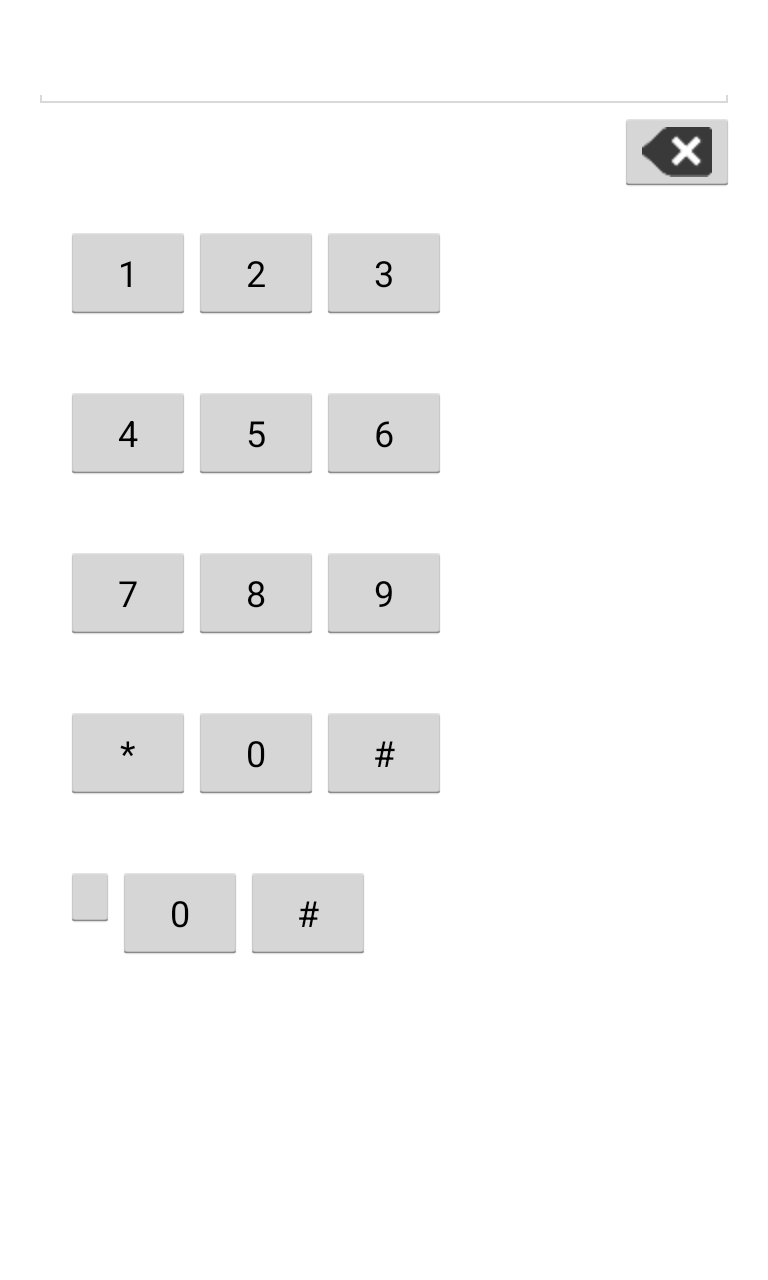
Repository: andreeastoican/Laborator03
Layout: PhoneDialer/res/layout/activity_phone_dialer.xml
These files come from the project's save history. The layout is drawn as it stood at one moment and after the next save; the edit follows.
It is drawn on a 768 x 1280 px phone screen (xhdpi) without system bars, with theme AppTheme; the app's code is not run.

Above is the layout before, as saved 2015-03-10 09:36:58.

### PhoneDialer/res/layout/activity_phone_dialer.xml
<RelativeLayout xmlns:android="http://schemas.android.com/apk/res/android"
    xmlns:tools="http://schemas.android.com/tools"
    android:layout_width="match_parent"
    android:layout_height="match_parent"
    android:paddingBottom="@dimen/activity_vertical_margin"
    android:paddingLeft="@dimen/activity_horizontal_margin"
    android:paddingRight="@dimen/activity_horizontal_margin"
    android:paddingTop="@dimen/activity_vertical_margin"
    tools:context="ro.pub.cs.systems.pdsd.lab03.phonedialer.PhoneDialerActivity" >

    <EditText
        android:id="@+id/id_edit_text"
		android:layout_width="fill_parent"
	    android:layout_height="wrap_content"
	    android:ems="10"
	    android:inputType="text"
	    android:enabled="false"
        />

    <ImageButton
        android:id="@+id/id_img_button"
        android:layout_width="wrap_content"
        android:layout_height="wrap_content"
        android:src="@drawable/backspace"
        android:layout_below="@id/id_edit_text"
        android:layout_alignParentRight="true"
    	/>

	<LinearLayout
	      android:id="@+id/layout1"
		  android:layout_below="@id/id_img_button"
		  android:layout_width="wrap_content"
		  android:layout_height="wrap_content"
		  android:paddingBottom="@dimen/activity_vertical_margin"
		  android:paddingLeft="@dimen/activity_horizontal_margin"
		  android:paddingRight="@dimen/activity_horizontal_margin"
		  android:paddingTop="@dimen/activity_vertical_margin"
		  android:orientation="horizontal">

			<Button
			    android:id="@+id/id1"
			    android:layout_width="wrap_content"
		        android:layout_height="wrap_content"
		        android:text="1"
			    />
			<Button
			    android:id="@+id/id2"
			    android:layout_width="wrap_content"
		        android:layout_height="wrap_content"
		        android:text="2"
			    />
			<Button
			    android:id="@+id/id3"
			    android:layout_width="wrap_content"
		        android:layout_height="wrap_content"
		        android:text="3"
			    />

	</LinearLayout>

	<LinearLayout
	  android:layout_below="@id/layout1"
	  android:id="@+id/layout2"
	  android:layout_width="wrap_content"
	  android:layout_height="wrap_content"
	  android:paddingBottom="@dimen/activity_vertical_margin"
	  android:paddingLeft="@dimen/activity_horizontal_margin"
	  android:paddingRight="@dimen/activity_horizontal_margin"
	  android:paddingTop="@dimen/activity_vertical_margin"
	  android:orientation="horizontal">

		<Button
		    android:id="@+id/id4"
		    android:layout_width="wrap_content"
	        android:layout_height="wrap_content"
	        android:text="4"
		    />
		<Button
		    android:id="@+id/id5"
		    android:layout_width="wrap_content"
	        android:layout_height="wrap_content"
	        android:text="5"
		    />
		<Button
		    android:id="@+id/id6"
		    android:layout_width="wrap_content"
	        android:layout_height="wrap_content"
	        android:text="6"
		    />

	</LinearLayout>


	<LinearLayout
	  android:layout_below="@id/layout2"
	  android:id="@+id/layout3"
	  android:layout_width="wrap_content"
	  android:layout_height="wrap_content"
	  android:paddingBottom="@dimen/activity_vertical_margin"
	  android:paddingLeft="@dimen/activity_horizontal_margin"
	  android:paddingRight="@dimen/activity_horizontal_margin"
	  android:paddingTop="@dimen/activity_vertical_margin"
	  android:orientation="horizontal">

		<Button
		    android:id="@+id/id7"
		    android:layout_width="wrap_content"
	        android:layout_height="wrap_content"
	        android:text="7"
		    />
		<Button
		    android:id="@+id/id8"
		    android:layout_width="wrap_content"
	        android:layout_height="wrap_content"
	        android:text="8"
		    />
		<Button
		    android:id="@+id/id9"
		    android:layout_width="wrap_content"
	        android:layout_height="wrap_content"
	        android:text="9"
		    />

	</LinearLayout>

	<LinearLayout
	  android:layout_below="@id/layout3"
	  android:id="@+id/layout4"
	  android:layout_width="wrap_content"
	  android:layout_height="wrap_content"
	  android:paddingBottom="@dimen/activity_vertical_margin"
	  android:paddingLeft="@dimen/activity_horizontal_margin"
	  android:paddingRight="@dimen/activity_horizontal_margin"
	  android:paddingTop="@dimen/activity_vertical_margin"
	  android:orientation="horizontal">

		<Button
		    android:id="@+id/id10"
		    android:layout_width="wrap_content"
	        android:layout_height="wrap_content"
	        android:text="*"
		    />
		<Button
		    android:id="@+id/id0"
		    android:layout_width="wrap_content"
	        android:layout_height="wrap_content"
	        android:text="0"
		    />
		<Button
		    android:id="@+id/id11"
		    android:layout_width="wrap_content"
	        android:layout_height="wrap_content"
	        android:text="#"
		    />
	</LinearLayout>

	<LinearLayout
	  android:layout_below="@id/layout4"
	  android:layout_width="wrap_content"
	  android:layout_height="wrap_content"
	  android:paddingBottom="@dimen/activity_vertical_margin"
	  android:paddingLeft="@dimen/activity_horizontal_margin"
	  android:paddingRight="@dimen/activity_horizontal_margin"
	  android:paddingTop="@dimen/activity_vertical_margin"
	  android:orientation="horizontal">

		<ImageButton
		    android:id="@+id/img_on"
		    android:layout_width="wrap_content"
	        android:layout_height="wrap_content"
	        android:text="*"
		    />
		<Button
		    android:id="@+id/id0"
		    android:layout_width="wrap_content"
	        android:layout_height="wrap_content"
	        android:text="0"
		    />
		<Button
		    android:id="@+id/id11"
		    android:layout_width="wrap_content"
	        android:layout_height="wrap_content"
	        android:text="#"
		    />
	</LinearLayout>"

</RelativeLayout>

Loaded but not shown: PhoneDialer/res/values/styles.xml (common file); PhoneDialer/res/values-v11/styles.xml (common file); PhoneDialer/res/values-v14/styles.xml (common file); PhoneDialer/res/values/dimens.xml (common file); PhoneDialer/res/values-w820dp/dimens.xml (common file)

After the next save:
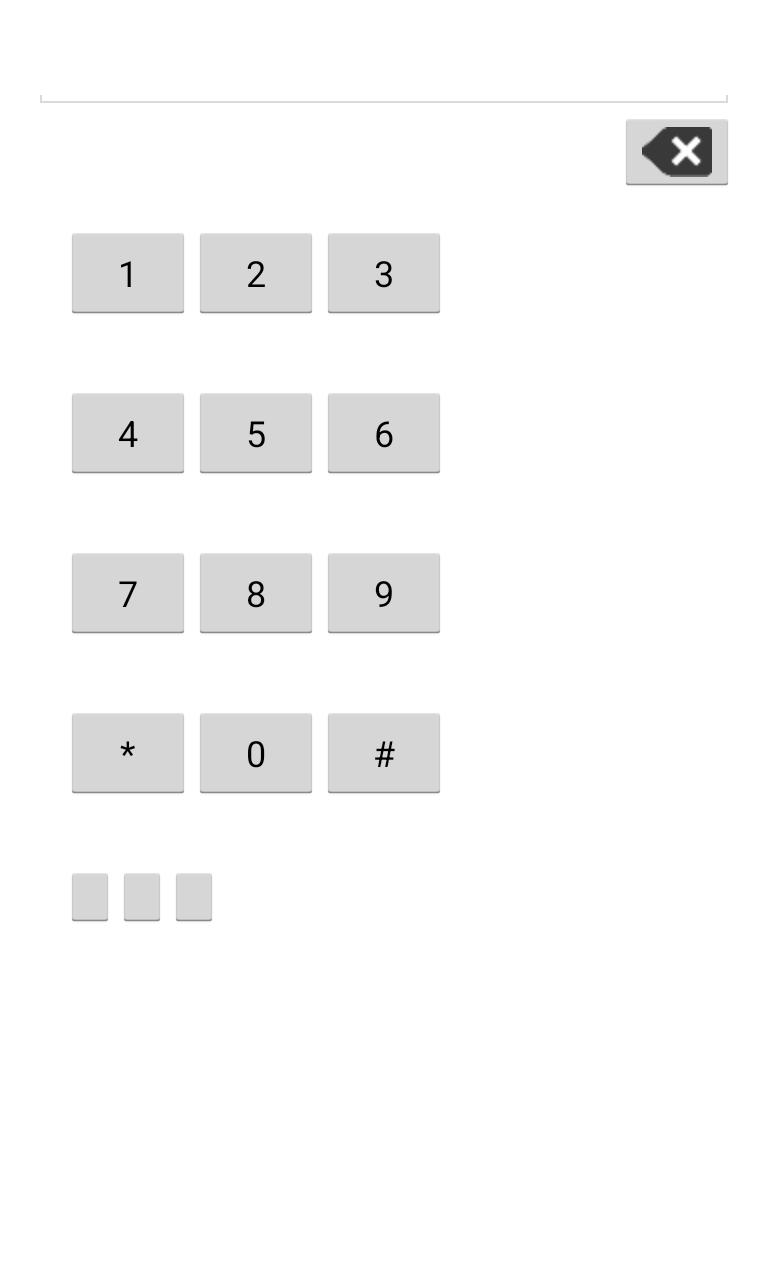
Saved 7 s later.
--- a/PhoneDialer/res/layout/activity_phone_dialer.xml
+++ b/PhoneDialer/res/layout/activity_phone_dialer.xml
@@ -170,13 +170,13 @@
 	        android:layout_height="wrap_content"
 	        android:text="*"
 		    />
-		<Button
+		<ImageButton
 		    android:id="@+id/id0"
 		    android:layout_width="wrap_content"
 	        android:layout_height="wrap_content"
 	        android:text="0"
 		    />
-		<Button
+		<ImageButton
 		    android:id="@+id/id11"
 		    android:layout_width="wrap_content"
 	        android:layout_height="wrap_content"
